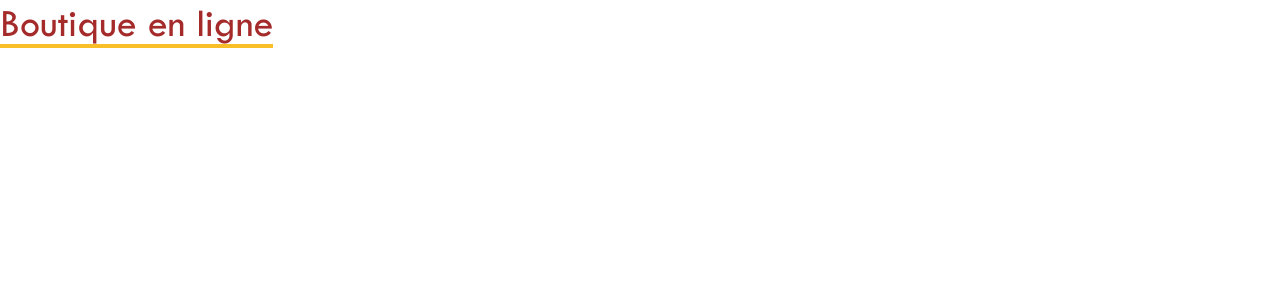
Repository: padevft/e-commerce-php
Page: http://localhost/index.html
An editor plug-in stored every save of this project. The page is shown before and after the next save, followed by the edit.
The browser window is 1280 px wide. The pictures show the whole page.
The page is run by PHP 8.4 with error messages shown; the project is at /var/www/html/.

Above is the page before, as saved 2023-09-17 15:49:23.

### index.html
<!DOCTYPE html>
<html lang="en">
  <head>
    <meta charset="UTF-8" />
    <meta name="viewport" content="width=device-width, initial-scale=1.0" />
    <title>Boutique en ligne</title>

    <link rel="stylesheet" href="client/css/styles.css">
    <link rel="stylesheet" href="client/utilitaires/bootstrap/css/bootstrap.min.css">
    <link rel="stylesheet" href="client/utilitaires/font-awesome-4.7.0/css/font-awesome.min.css">

  </head>
  <body>
    <h1>Boutique en ligne</h1>



    <script src="client/utilitaires/Jquery/jquery-3.6.0.min.js"></script>
    <script src="client/utilitaires/bootstrap/js/bootstrap.min.js"></script>
  </body>
</html>

### client/css/styles.css
/* var text-decoration */
@font-face {
  font-family: myfont;
  src: url(../utilitaires/fonts/ufonts.com_tw-cen-mt.ttf);
}

* {
  transition: all 0.6s ease;
}

body {
  font-family: myfont !important;
}
h1 {
  display: inline-flex;
  position: relative;
  cursor: pointer;
}

h1:hover {
  color: brown;
}

/* h1::before {
  content: "";
  position: absolute;
  bottom: 0;
  right: 0;
  width: 100%;
  height: 2.5px;
  background-color: brown;
  transform-origin: left;
  transform: scaleX(0);
  transition: transform 0.4s ease-out;
}

h1:hover::before {
  transform: scaleX(
    1
  );
} */

h1::before {
  content: "";
  position: absolute;
  bottom: 0;
  left:0;
  background: #f9bf29;
  height: 4px;
  opacity: 1;
  visibility: visible;
  width: 0;
  -webkit-transition: 0.3s all ease-out;
  -o-transition: 0.3s all ease-out;
  transition: 0.3s all ease-out;
}
h1:hover:before {
  width: calc(100% - 0px);
}

Loaded but not shown: client/utilitaires/bootstrap/css/bootstrap.min.css (library); client/utilitaires/font-awesome-4.7.0/css/font-awesome.min.css (library); client/utilitaires/Jquery/jquery-3.6.0.min.js (library); client/utilitaires/bootstrap/js/bootstrap.min.js (library)

After the next save:
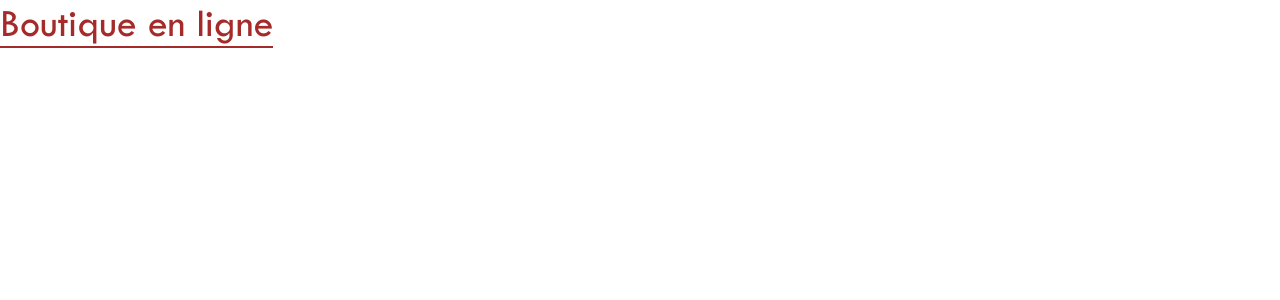
Saved 39 s later.
--- a/client/css/styles.css
+++ b/client/css/styles.css
@@ -21,7 +21,7 @@ h1:hover {
   color: brown;
 }
 
-/* h1::before {
+h1::before {
   content: "";
   position: absolute;
   bottom: 0;
@@ -38,9 +38,9 @@ h1:hover::before {
   transform: scaleX(
     1
   );
-} */
+}
 
-h1::before {
+/* h1::before {
   content: "";
   position: absolute;
   bottom: 0;
@@ -56,4 +56,4 @@ h1::before {
 }
 h1:hover:before {
   width: calc(100% - 0px);
-}
+} */
